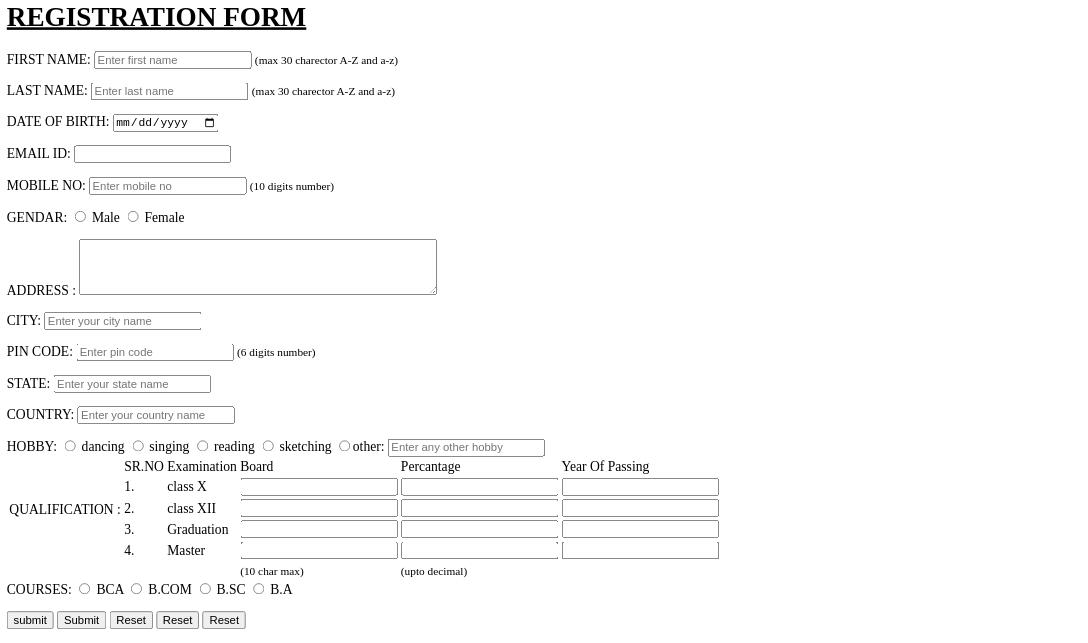
Repository: MintuKrishnan/subrahmanyam-batch
Page: front-end/html/form.html
An editor plug-in stored every save of this project. The page is shown before and after the next save, followed by the edit.
The browser window is 1280 px wide. The pictures show the part of the page from y = 506 to 1795 px (the page is 1262 px tall before and 1795 px after), at 85% of full size.
A picture or video elsewhere on the page could not be fetched, so the positions and the page height are approximate.

Above is the page before, as saved 2021-02-26 15:27:19.

After the next save:
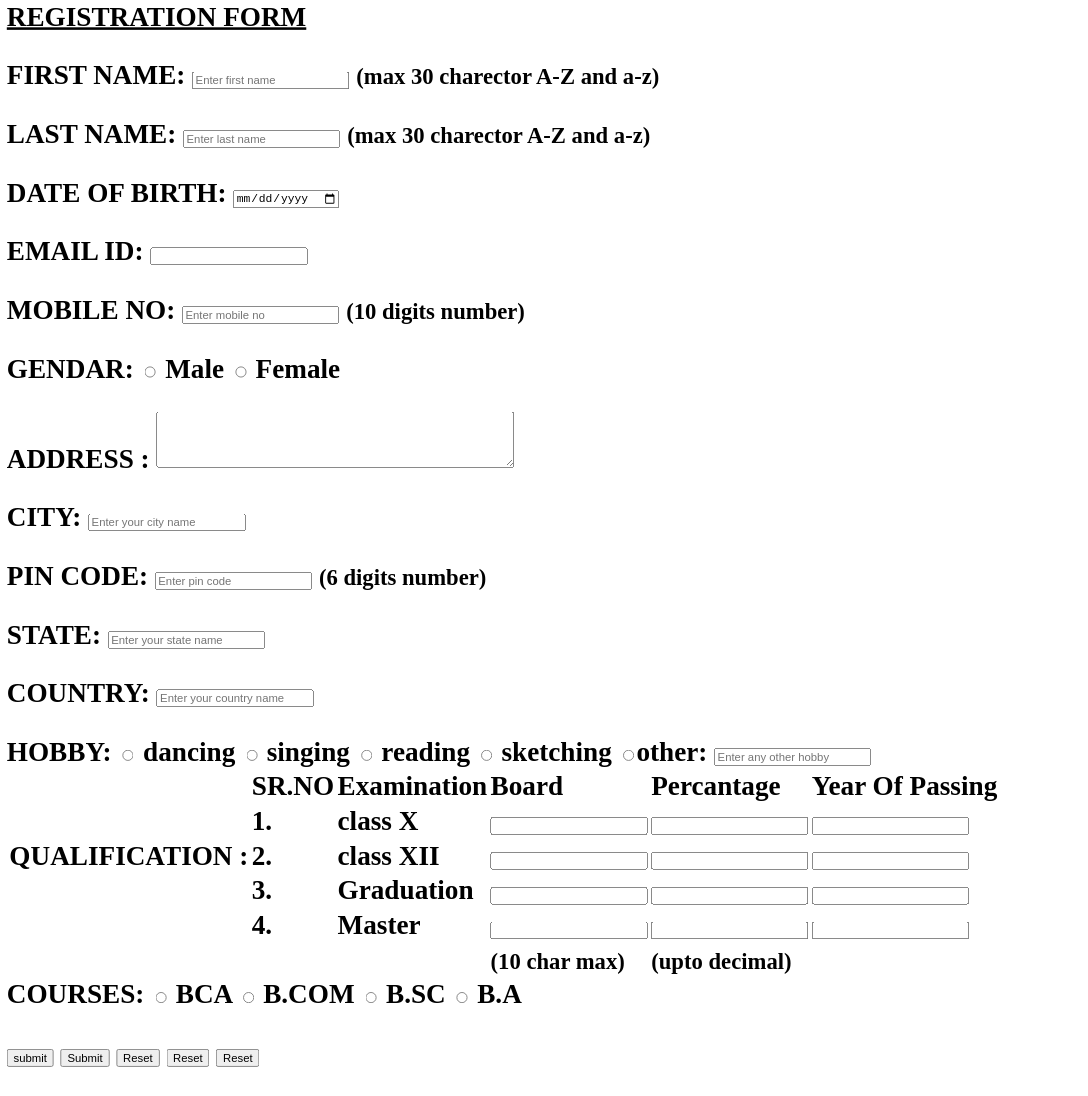
Saved 32 min 46 s later.
--- a/front-end/html/form.html
+++ b/front-end/html/form.html
@@ -17,7 +17,7 @@
     <!-- <img src="mm.png"  alt="" style="border-radius: 50%; width: 50%; margin-left:auto; margin-right: auto ; align-items: center; text-align: center;"> -->
     <h1>
         <u>REGISTRATION FORM</u>
-    </h1>
+
     <form>
     <p>
         <label for="name">FIRST NAME:</label>

After the save that followed:
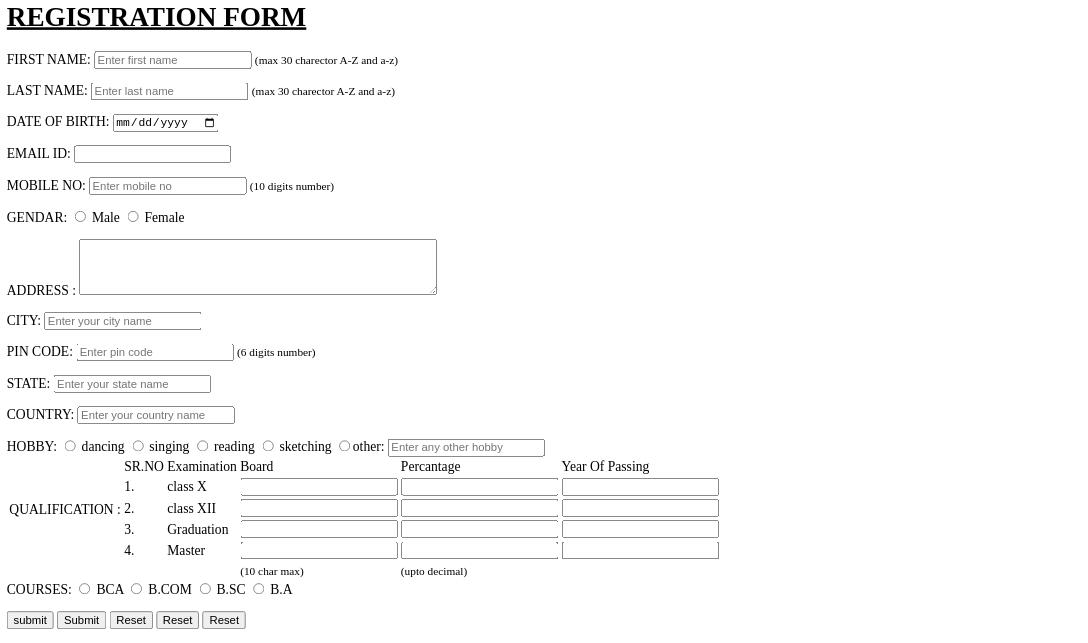
Saved 7 s later.
--- a/front-end/html/form.html
+++ b/front-end/html/form.html
@@ -17,7 +17,7 @@
     <!-- <img src="mm.png"  alt="" style="border-radius: 50%; width: 50%; margin-left:auto; margin-right: auto ; align-items: center; text-align: center;"> -->
     <h1>
         <u>REGISTRATION FORM</u>
-
+    </h1>
     <form>
     <p>
         <label for="name">FIRST NAME:</label>
